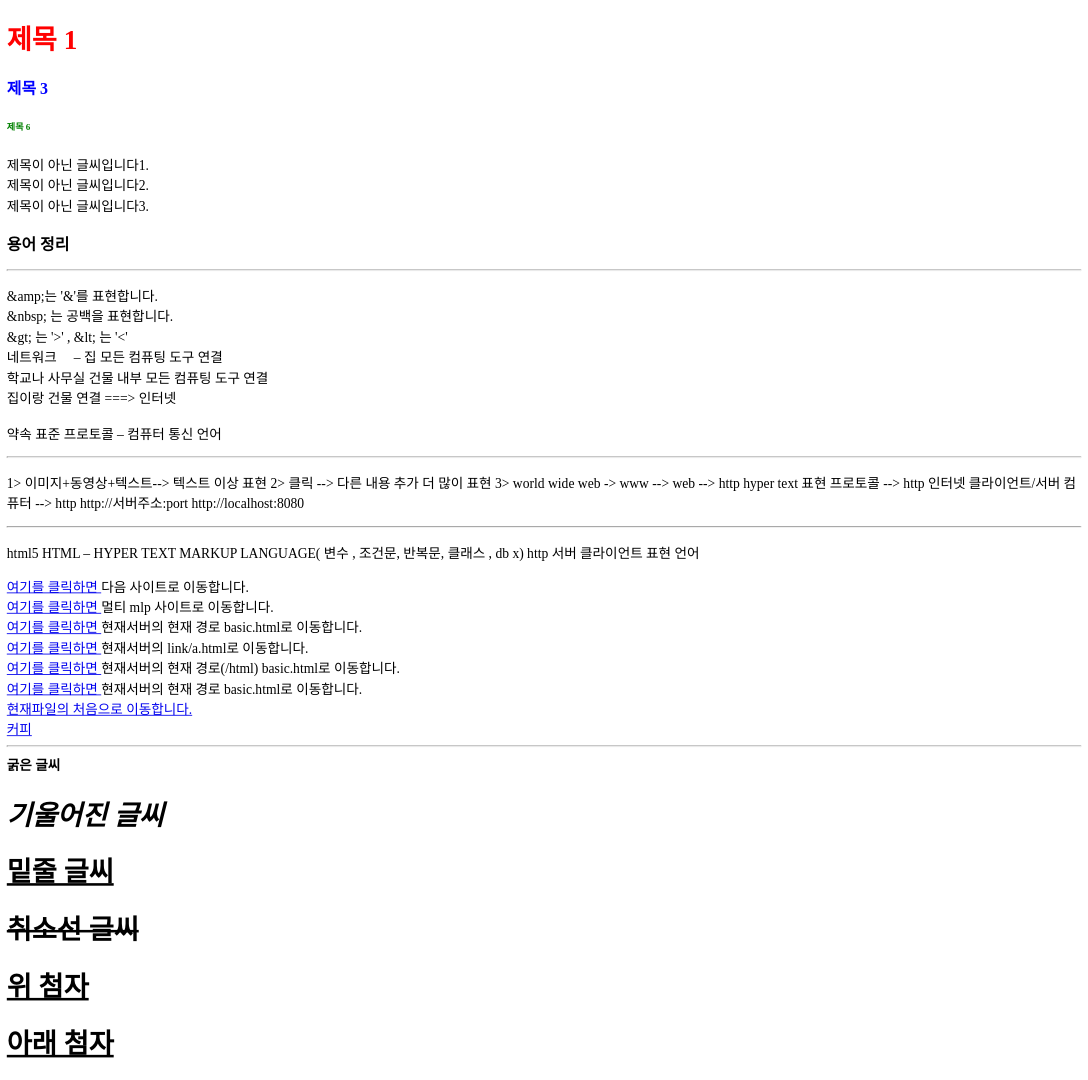
Repository: younseochoi/AI_PLATFORM
Page: my_code/03_web/html/src/main/webapp/test.html
These files come from the project's save history. The page is drawn as it stood at one moment and after the next save; the edit follows.
The browser window is 1280 px wide. The pictures show the whole page, at 85% of full size.

Above is the page before, as saved 2022-07-21 05:51:27.

### my_code/03_web/html/src/main/webapp/test.html
<!DOCTYPE html> <!-- html5 사용할거야! html5 버전 추가 기능 쓸거야 -->
<html>
<head>
<!--안드로이드나 패드브라우저 basic.html 결과   -->
<meta charset="UTF-8">
<title>제목입니다.</title>
</head>
<body>
<!--
1. 주석처리
2. html모든 작성은 대소문자 구분하지 않음
	java(구분) ,sql, html (미구분)
3. <태그(역할)시작> 내용 </태그 종료>
4. style : 속성 이름 / color = red : 속성값 '속성값' "속성값" -> 다 가능

 -->
<h1 style = "color:red" id="first">제목 1</h1>
<h3 style = color:blue>제목 3</h3>
<h6 style = 'color:green'>제목 6</h6>
제목이 아닌 글씨입니다1.<br>
제목이 아닌 글씨입니다2. <br>
제목이 아닌 글씨입니다3.<br>

<!-- html+css 역할, 문법 + javascript 언어  -->
<!-- <script>alert("확인하세요!"); /* 대소문자 구문 */  </script> -->
<h3>용어 정리</h3>
<hr>
<p>
&amp;amp;는 '&'를 표현합니다.<br>
&amp;nbsp; 는 공백을 표현합니다.<br>
&amp;gt; 는 '>'  , &amp;lt; 는 '<' <br>
네트워크 &nbsp;&nbsp;&nbsp; – 집 모든 컴퓨팅 도구 연결 <br>
              학교나 사무실 건물 내부 모든 컴퓨팅 도구 연결<br>
집이랑 건물 연결 ===> 인터넷
<br><br>
약속 표준 프로토콜 – 컴퓨터 통신 언어
</p>
<hr>
<p>
1> 이미지+동영상+텍스트--> 텍스트 이상 표현
2> 클릭 --> 다른 내용 추가 더 많이 표현
3> world wide web -> www --> web --> http
hyper text 표현 프로토콜 --> http
인터넷 클라이언트/서버 컴퓨터 --> http
http://서버주소:port
 http://localhost:8080</p>
 <hr>
<p>html5
HTML – HYPER TEXT MARKUP LANGUAGE( 변수 , 조건문, 반복문, 클래스 , db x)
http  서버 클라이언트 표현 언어</p>
<a href="http://www.daum.net">여기를 클릭하면 </a>다음 사이트로 이동합니다. <br>
<a href="https://lc.multicampus.com/kdt2020s/#/login">여기를 클릭하면 </a> 멀티 mlp 사이트로 이동합니다. <br>
<a href="basic.html">여기를 클릭하면 </a> 현재서버의 현재 경로 basic.html로 이동합니다. <br>
<a href="link/a.html">여기를 클릭하면 </a> 현재서버의 link/a.html로 이동합니다. <br>
<a href="http://localhost:8080/html/basic.html">여기를 클릭하면 </a> 현재서버의 현재 경로(/html) basic.html로 이동합니다. <br>
<a href="/html/basic.html">여기를 클릭하면 </a> 현재서버의 현재 경로 basic.html로 이동합니다. <br>

<a href="#first">현재파일의 처음으로 이동합니다.</a> <br>
<a href="../html/images/americano.jpg">커피</a>
<!--
href ="url"
절대 url --http :(전체 url 설정)
상대 url --기준 파일, 기준 경로 url 설정
		현재파일 기준 -(http://localhost:8080/html/)"b.html"
		현재서버 기준 - (http://localhost:8080)"/html/b.html"

 -->
<hr>
<b>굵은 글씨 </b>
<h1><i>기울어진 글씨</i></h1>
<h1><ins>밑줄 글씨</ins></h1>
<h1><del>취소선 글씨</del></h1>
<h1><ins>위 첨자</ins></h1>
<h1><ins>아래 첨자</ins></h1>

</body>
</html>

After the next save:
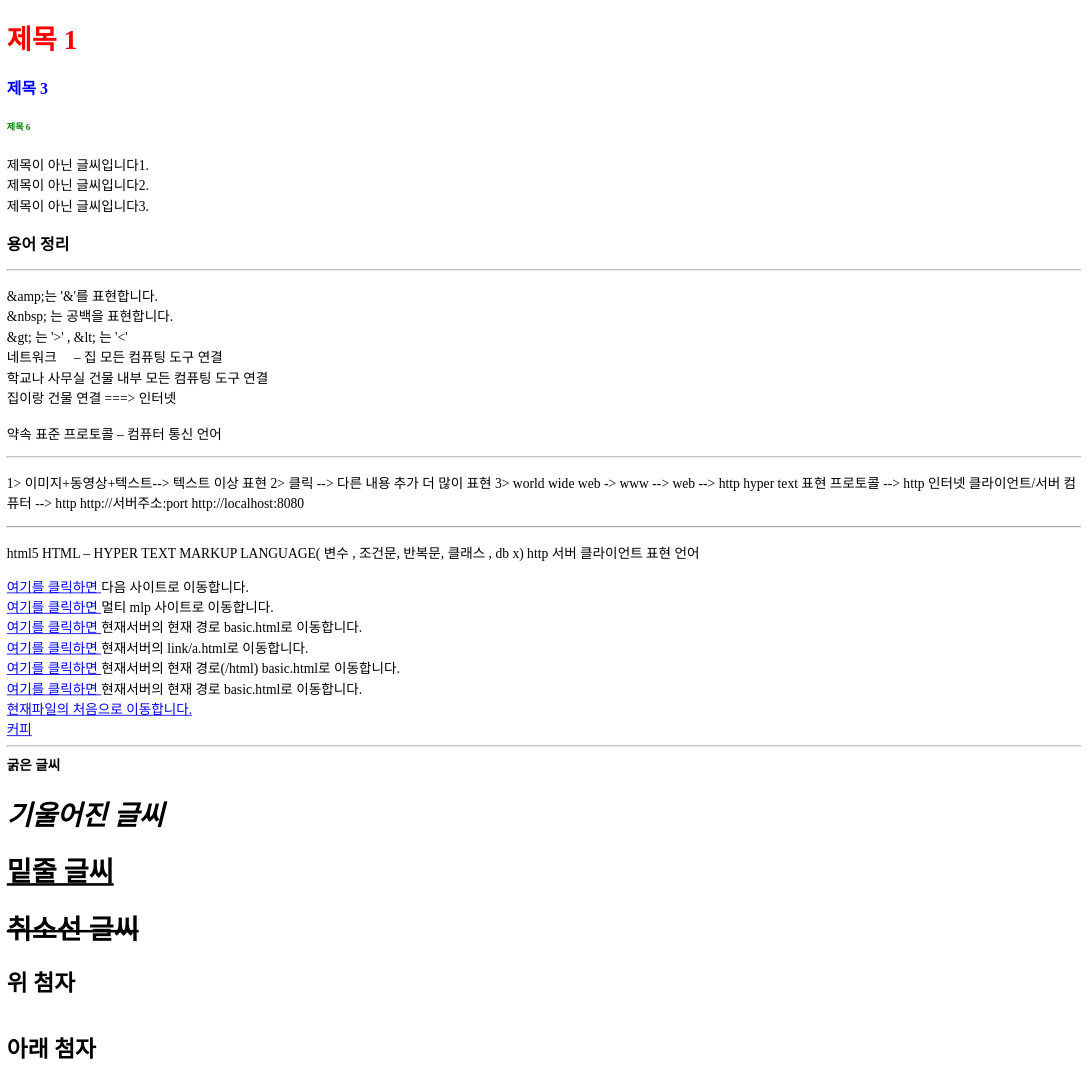
Saved 17 s later.
--- a/my_code/03_web/html/src/main/webapp/test.html
+++ b/my_code/03_web/html/src/main/webapp/test.html
@@ -70,8 +70,8 @@ href ="url"
 <h1><i>기울어진 글씨</i></h1>
 <h1><ins>밑줄 글씨</ins></h1>
 <h1><del>취소선 글씨</del></h1>
-<h1><ins>위 첨자</ins></h1>
-<h1><ins>아래 첨자</ins></h1>
+<h1><sup>위 첨자</sup></h1>
+<h1><sub>아래 첨자</sub></h1>
 
 </body>
 </html>
